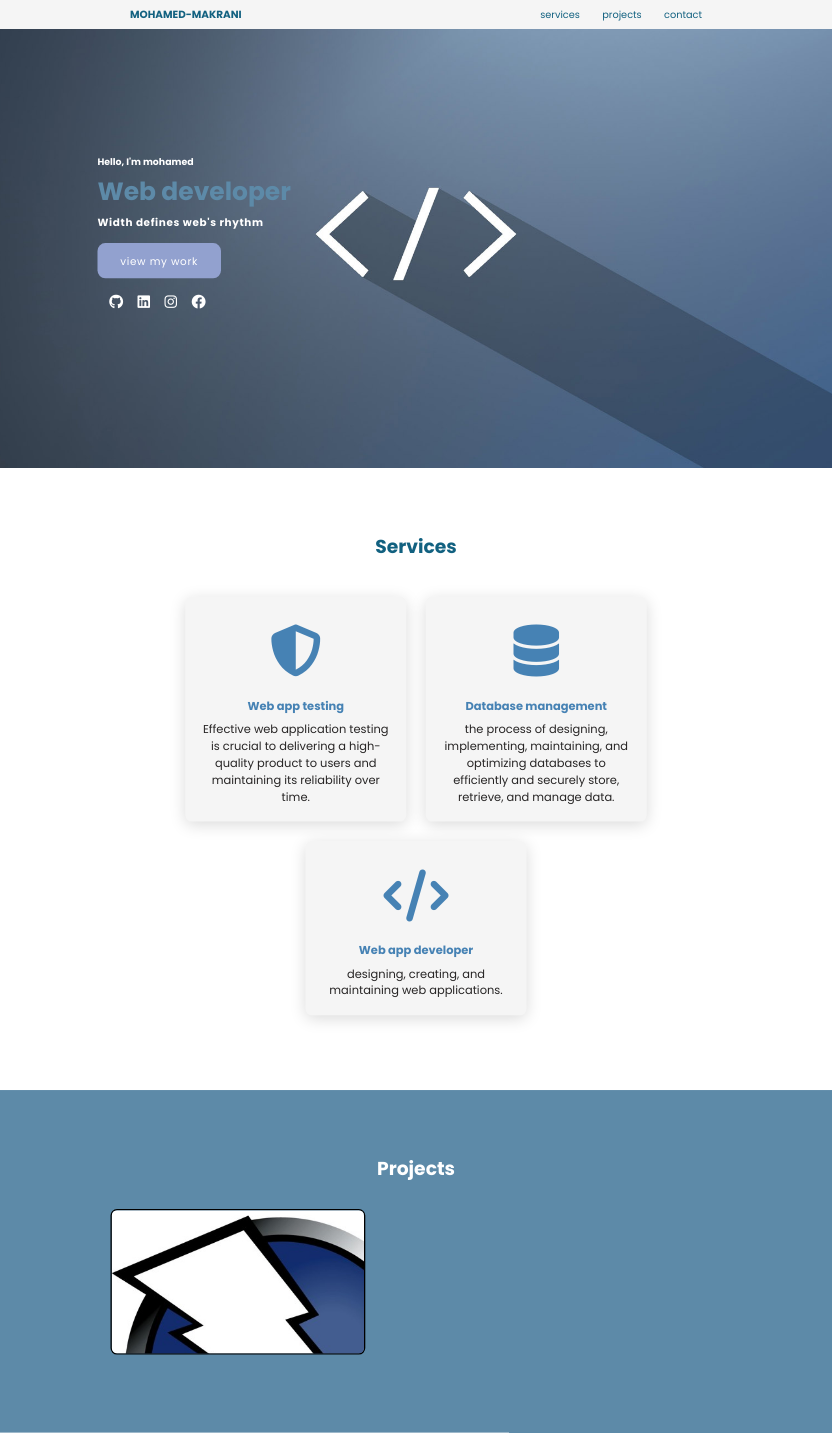
Repository: mohamed-makrani/Portfolio
Page: indixe.html
These files come from the project's save history. The page is drawn as it stood at one moment and after the next save; the edit follows.
The browser window is 1280 px wide. The pictures show the whole page, at 65% of full size.
Backgrounds fixed to the window are drawn as part of the page.

Above is the page before, as saved 2023-09-17 11:35:23.

After the next save:
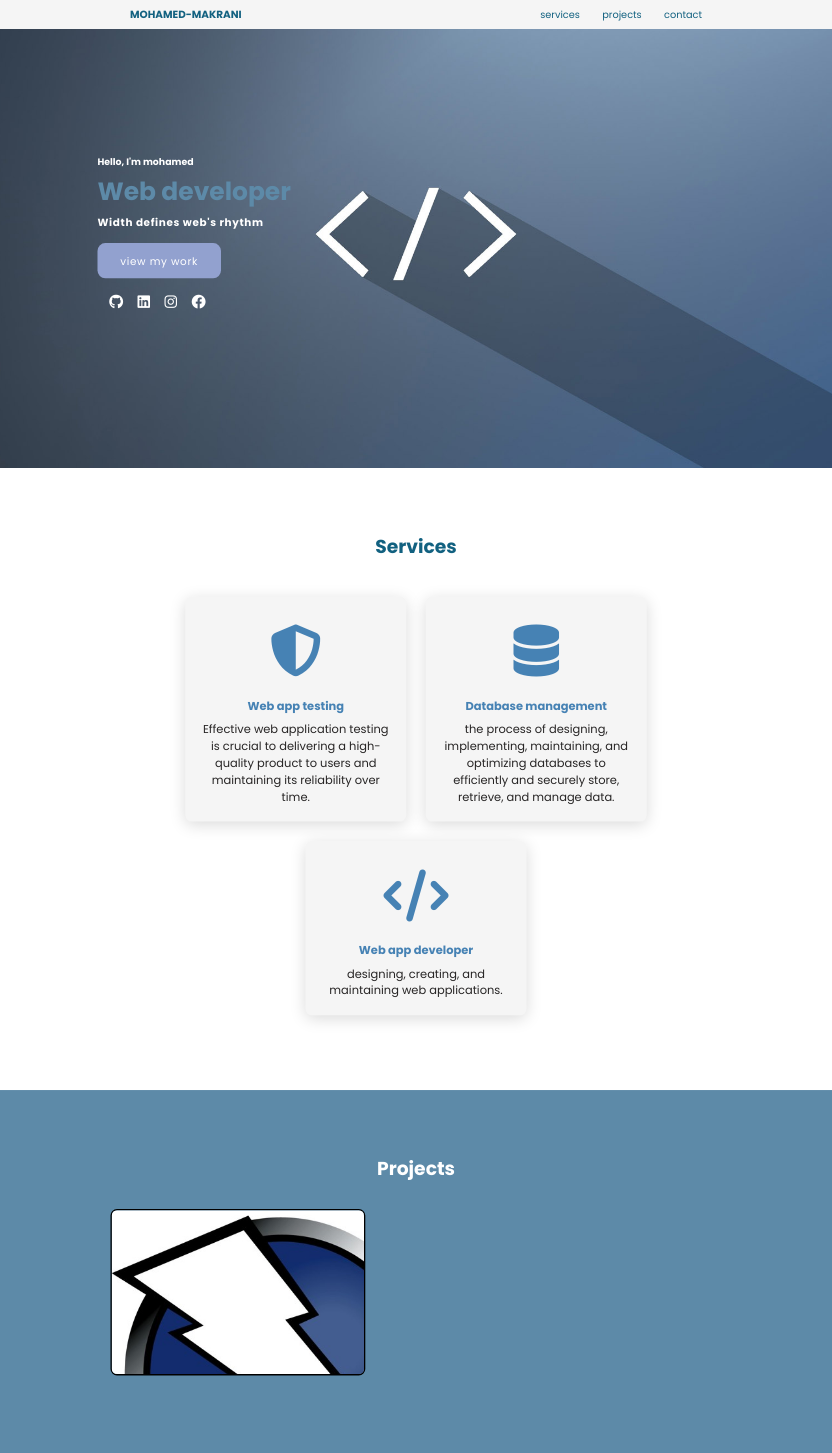
Saved 10 s later.
--- a/style.css
+++ b/style.css
@@ -183,7 +183,7 @@ transition: 0.7s ease;
 
    background-color: white;
    border: 2px solid black;
-   height: 14em;
+   height: 16em;
    width: 40%;
    overflow: hidden;
    border-radius: 10px;
